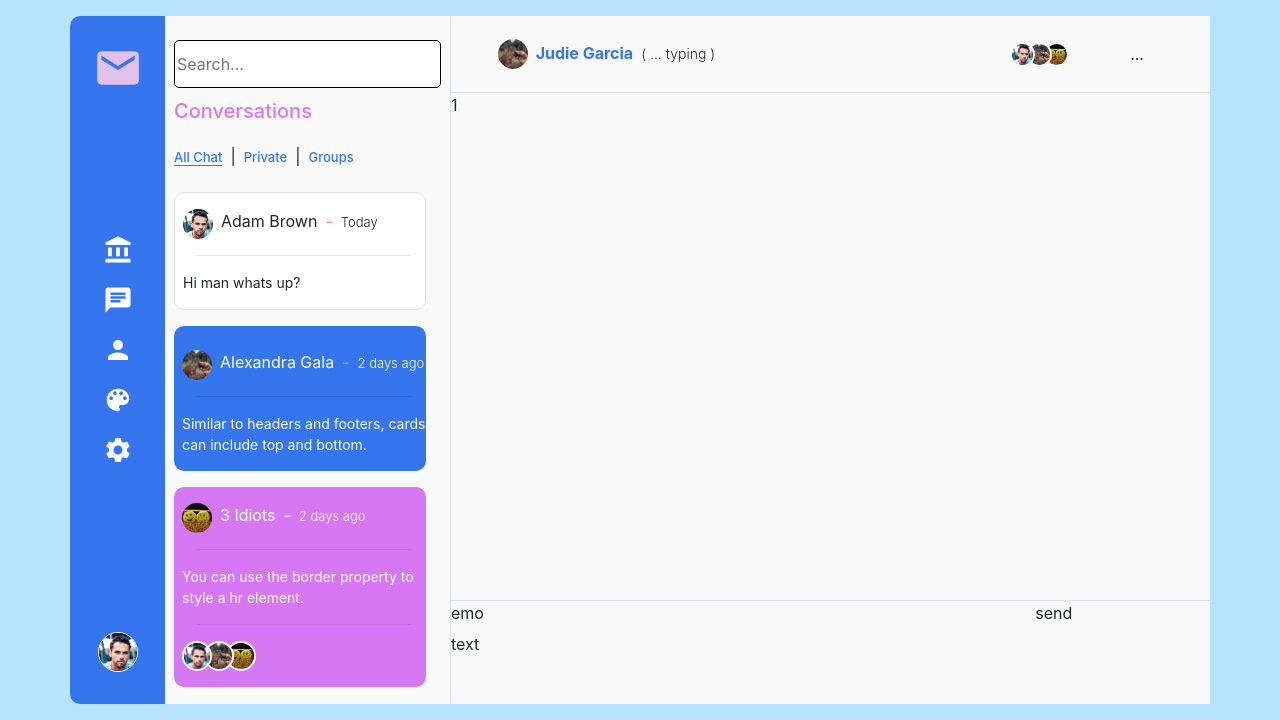
Repository: arafat877/super-chat
Page: /
The author's editor kept a copy of each file at every save. The page is drawn from the files as they stood at one save, then again after the next save.
The browser window is 1280 px wide. The pictures show the whole page.
The project was rebuilt for these pictures with package versions that can differ from the ones it lists, and the page was loaded fresh each time.

Above is the page before, as saved 2020-08-07 01:39:57.

### public/index.html
<!DOCTYPE html>
<html lang="en">
  <head>
    <meta charset="utf-8" />
    <meta name="viewport" content="width=device-width, initial-scale=1" />
    <meta name="theme-color" content="#000000" />
    <meta
      name="description"
      content="Chat application with node.js, express, react.js, mongoDb and socket.io"
    />
    <link rel="stylesheet" href="styles.css" />
    <link
      rel="stylesheet"
      href="https://maxcdn.bootstrapcdn.com/bootstrap/4.5.0/css/bootstrap.min.css"
      integrity="sha384-9aIt2nRpC12Uk9gS9baDl411NQApFmC26EwAOH8WgZl5MYYxFfc+NcPb1dKGj7Sk"
      crossorigin="anonymous"
    />
    <link
      href="https://fonts.googleapis.com/css2?family=Roboto:wght@100;300;400;500;700;900&display=swap"
      rel="stylesheet"
    />

    <title>Super Chat</title>
  </head>
  <body>
    <noscript>You need to enable JavaScript to run this app.</noscript>
    <div id="root"></div>
  </body>
</html>

### src/App.js
import React from "react";
import "./App.scss";
import {
  Email,
  Chat,
  Person,
  Settings,
  Palette,
  AccountBalance,
} from "@material-ui/icons";

import { Avatar } from "@material-ui/core";
import { AvatarGroup } from "@material-ui/lab";

function App() {
  return (
    <div className="appContainer vh-100 d-flex">
      <div className="container mt-3 mb-3 appWrapper">
        <div className="row h-100">
          <div className="col-1 d-none d-sm-none d-md-block container h-100 firstCol">
            <div className="row logoRow justify-content-center">
              <Email className="m-auto logo" />
            </div>
            <div className="row menuRow">
              <ul className="menuList m-auto p-0">
                <li className="menuItem">
                  <AccountBalance className="menuItemIcon" />
                </li>
                <li className="menuItem">
                  <Chat className="menuItemIcon" />
                </li>
                <li className="menuItem">
                  <Person className="menuItemIcon" />
                </li>
                <li className="menuItem">
                  <Palette className="menuItemIcon" />
                </li>
                <li className="menuItem">
                  <Settings className="menuItemIcon" />
                </li>
              </ul>
            </div>
            <div className="row photoRow justify-content-center">
              <img
                className="m-auto profilePhoto"
                src={require("./assets/m1.jpeg")}
                alt="profile"
              />
            </div>
          </div>
          <div className="col-3 container h-100 secondCol p-4">
            <div className="row searchRow">
              <input className="searchInput" placeholder="Search..." />
            </div>
            <div className="row convRow mt-2">
              <span className="convSpan">Conversations</span>
            </div>
            <div className="row selectRow">
              <ul className="selectionList p-0">
                <li
                  className="selectionListItem d-inline mr-2"
                  style={{ borderBottom: "solid 0.05px #3576ef" }}
                >
                  All Chat
                </li>
                |
                <li className="selectionListItem d-inline mr-2 ml-2">
                  Private
                </li>
                |
                <li className="selectionListItem d-inline mr-2 ml-2">Groups</li>
              </ul>
            </div>
            <div className="row groupsRow">
              <div className="container">
                <div className="row convCard pt-3 pb-3 pl-2 mt-3">
                  <div className="container">
                    <div className="row">
                      <img
                        className="userProfilePicture"
                        src={require("./assets/m1.jpeg")}
                        alt="User Profile"
                      />
                      <span className="userName ml-2">Adam Brown</span>
                      <span className="dash ml-2">-</span>
                      <span className="chatDate ml-2 mt-1">Today</span>
                    </div>
                    <hr></hr>
                    <div className="row">
                      <span className="text">Hi man whats up?</span>
                    </div>
                  </div>
                </div>

                <div className="row convCardHot pt-4 pb-3 pl-2 mt-3">
                  <div className="container">
                    <div className="row">
                      <img
                        className="userProfilePicture"
                        src={require("./assets/f1.jpeg")}
                        alt="User Profile"
                      />
                      <span className="userName ml-2">Alexandra Gala</span>
                      <span className="dash ml-2">-</span>
                      <span className="chatDate ml-2 mt-1">2 days ago</span>
                    </div>
                    <hr></hr>
                    <div className="row">
                      <span className="text">
                        Similar to headers and footers, cards can include top
                        and bottom.
                      </span>
                    </div>
                  </div>
                </div>

                <div className="row convCardGroup pt-3 pb-3 pl-2 mt-3">
                  <div className="container">
                    <div className="row">
                      <img
                        className="userProfilePicture"
                        src={require("./assets/g1.jpeg")}
                        alt="User Profile"
                      />
                      <span className="userName ml-2">3 Idiots</span>
                      <span className="dash ml-2">-</span>
                      <span className="chatDate ml-2 mt-1">2 days ago</span>
                    </div>
                    <hr></hr>
                    <div className="row">
                      <span className="text">
                        You can use the border property to style a hr element.
                      </span>
                    </div>
                    <hr></hr>
                    <div className="row">
                      <AvatarGroup max={3} className="mr-4">
                        <Avatar
                          alt="Remy Sharp"
                          className="avatar"
                          src={require("./assets/m1.jpeg")}
                        />
                        <Avatar
                          alt="Travis Howard"
                          className="avatar"
                          src={require("./assets/f1.jpeg")}
                        />
                        <Avatar
                          alt="Cindy Baker"
                          className="avatar"
                          src={require("./assets/g1.jpeg")}
                        />
                      </AvatarGroup>
                    </div>
                  </div>
                </div>
              </div>
            </div>
          </div>
          <div className="col-8 container h-100 thirdCol">
            <div className="row chatInfo">
              <div className="col-6 m-auto">
                <img
                  className="infoUserPicture"
                  src={require("./assets/f1.jpeg")}
                  alt="User Profile"
                />
                <span className="infoUserName ml-2">Judie Garcia</span>
                <span className="infoTyping ml-2">( ... typing )</span>
              </div>
              <div className="col-3 mt-auto mb-auto justify-content-right infoGroup">
                <AvatarGroup max={3} className="float-right">
                  <Avatar
                    alt="Remy Sharp"
                    className="avatar"
                    src={require("./assets/m1.jpeg")}
                  />
                  <Avatar
                    alt="Travis Howard"
                    className="avatar"
                    src={require("./assets/f1.jpeg")}
                  />
                  <Avatar
                    alt="Cindy Baker"
                    className="avatar"
                    src={require("./assets/g1.jpeg")}
                  />
                </AvatarGroup>
              </div>
              <div className="col-1 m-auto">...</div>
            </div>
            <div className="row chatMessages">1</div>
            <div className="row chatInput">
              <div className="col-md-9 container">
                <div className="row inputEmoji">emo</div>
                <div className="row inputText">text</div>
              </div>
              <div className="col-md-3">send</div>
            </div>
          </div>
        </div>
      </div>
    </div>
  );
}

export default App;

### src/App.scss
.appContainer {
  background-color: #b7e3fe;

  .appWrapper {
    background-color: #3576ef;
    border-radius: 10px;

    .firstCol {
      .logoRow {
        height: 15%;

        .logo {
          font-size: 50px;
          color: rgb(226, 192, 236);
        }
      }
      .menuRow {
        height: 70%;

        .menuList {
          list-style: none;

          .menuItem {
            margin-bottom: 20px;

            .menuItemIcon {
              font-size: 30px;
              color: white;
            }
          }
        }
      }
      .photoRow {
        height: 15%;

        .profilePhoto {
          height: 40px;
          width: 40px;
          border: solid thin white;
          border-radius: 50%;
          object-fit: cover;
        }
      }
    }

    .secondCol {
      background-color: #f9f9f9;

      .searchRow {
        height: 7.5%;

        .searchInput {
          width: 100%;
          border: solid 0.5px;
          background-color: white;
          border-radius: 5px;

          &:focus {
            outline: none;
          }
        }
      }

      .convRow {
        height: 7.5%;

        .convSpan {
          font-weight: 500;
          font-size: 20px;
          color: rgb(214, 120, 243);
        }
      }
      .selectRow {
        height: 5%;

        .selectionList {
          list-style: none;

          .selectionListItem {
            font-weight: 500;
            font-size: 13px;
            color: #3576ef;
          }
        }
      }

      ::-webkit-scrollbar {
        width: 5px;
        height: 5px;
      }

      ::-webkit-scrollbar-track {
        background: white; /* color of the tracking area */
      }

      ::-webkit-scrollbar-thumb {
        background-color: #b5caf0; /* color of the scroll thumb */
        border-radius: 5px; /* roundness of the scroll thumb */
      }

      .groupsRow {
        height: 80%;
        overflow-y: scroll;

        .convCard {
          background-color: white;
          border: solid 0.5px #dee2e6;
          border-radius: 10px;
          margin-right: 0;

          .userProfilePicture {
            height: 30px;
            width: 30px;
            border-radius: 50%;
            object-fit: cover;
          }

          .userName {
            // color: white;
          }

          .dash {
            color: rgb(214, 120, 243);
          }

          .chatDate {
            // color: white;
            font-size: 13px;
            font-weight: 300;
          }

          .text {
            // color: white;
            font-size: 14px;
          }
        }

        .convCardHot {
          background-color: #3576ef;
          border-radius: 10px;
          margin-right: 0;

          .userProfilePicture {
            height: 30px;
            width: 30px;
            border-radius: 50%;
            object-fit: cover;
          }

          .userName {
            color: white;
          }

          .dash {
            color: rgb(214, 120, 243);
          }

          .chatDate {
            color: white;
            font-size: 13px;
            font-weight: 300;
          }

          .hr {
            border-color: rgb(214, 120, 243);
            margin-bottom: 5px;
          }

          .text {
            color: white;
            font-size: 14px;
          }
        }

        .convCardGroup {
          background-color: rgb(214, 120, 243);
          border-radius: 10px;
          margin-right: 0;

          .userProfilePicture {
            height: 30px;
            width: 30px;
            border-radius: 50%;
            object-fit: cover;
          }

          .userName {
            color: white;
          }

          .dash {
            color: white;
          }

          .chatDate {
            color: white;
            font-size: 13px;
            font-weight: 300;
          }

          .hr {
            border-color: rgb(214, 120, 243);
            margin-bottom: 5px;
          }

          .text {
            color: white;
            font-size: 14px;
          }

          .avatar {
            height: 30px;
            width: 30px;
          }
        }
      }
    }

    .thirdCol {
      background-color: #f9f9f9;
      border-left: solid thin #dee2e6;

      .chatInfo {
        height: 11.25%;
        border-bottom: solid thin #dee2e6;

        .infoUserPicture {
          height: 30px;
          width: 30px;
          border-radius: 50%;
          object-fit: cover;
        }

        .infoUserName{
            color: #3576ef;
            font-weight: 700;
        }

        .infoTyping{
            font-size: 14px;
            font-weight: 300;
        }

        .infoGroup{
            .avatar{
                height: 25px;
                width: 25px;
            }
        }
      }
      .chatMessages {
        height: 73.75%;
        border-bottom: solid thin #dee2e6;
      }
      .chatInput {
        height: 15%;

        .inputEmoji {
          height: 30%;
        }
        .inputText {
          height: 70%;
        }
      }
    }
  }
}

Loaded but not shown: src/index.js (common file); public/styles.css (common file)

After the next save:
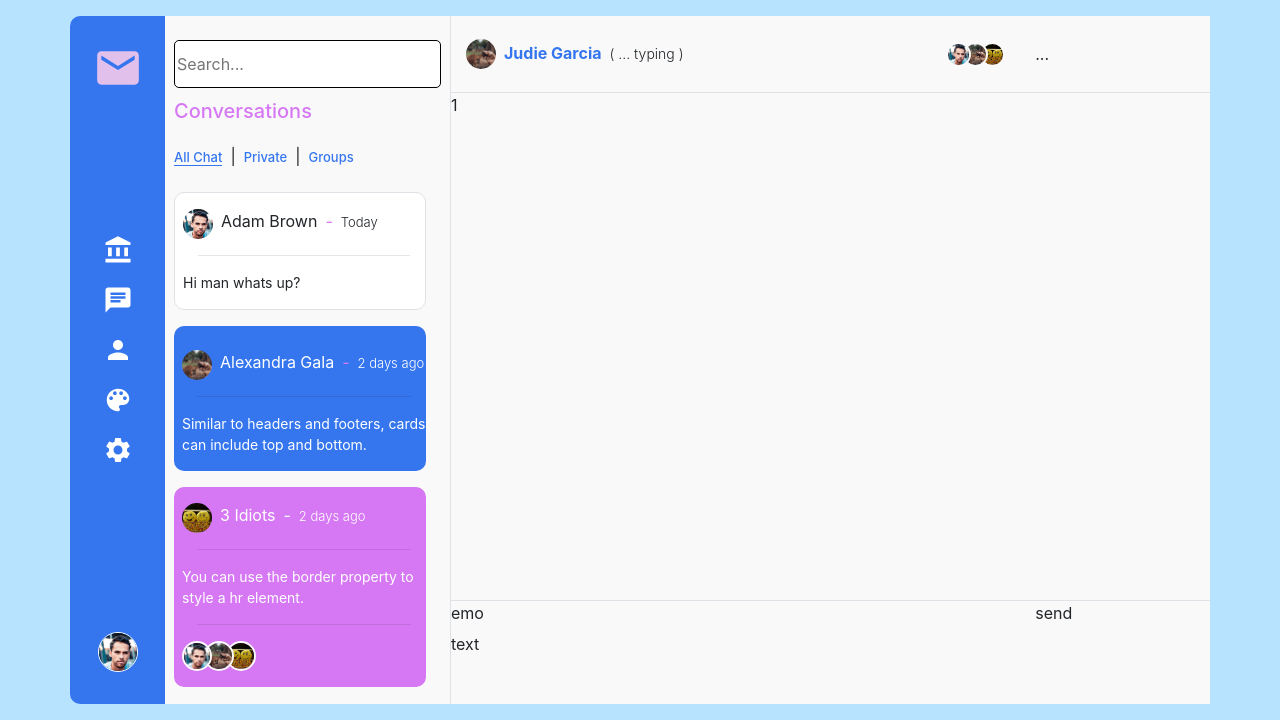
Saved 15 s later.
--- a/src/App.js
+++ b/src/App.js
@@ -187,7 +187,7 @@
                   />
                 </AvatarGroup>
               </div>
-              <div className="col-1 m-auto">...</div>
+              <div className="col-3 m-auto">...</div>
             </div>
             <div className="row chatMessages">1</div>
             <div className="row chatInput">

After the 3 saves that followed:
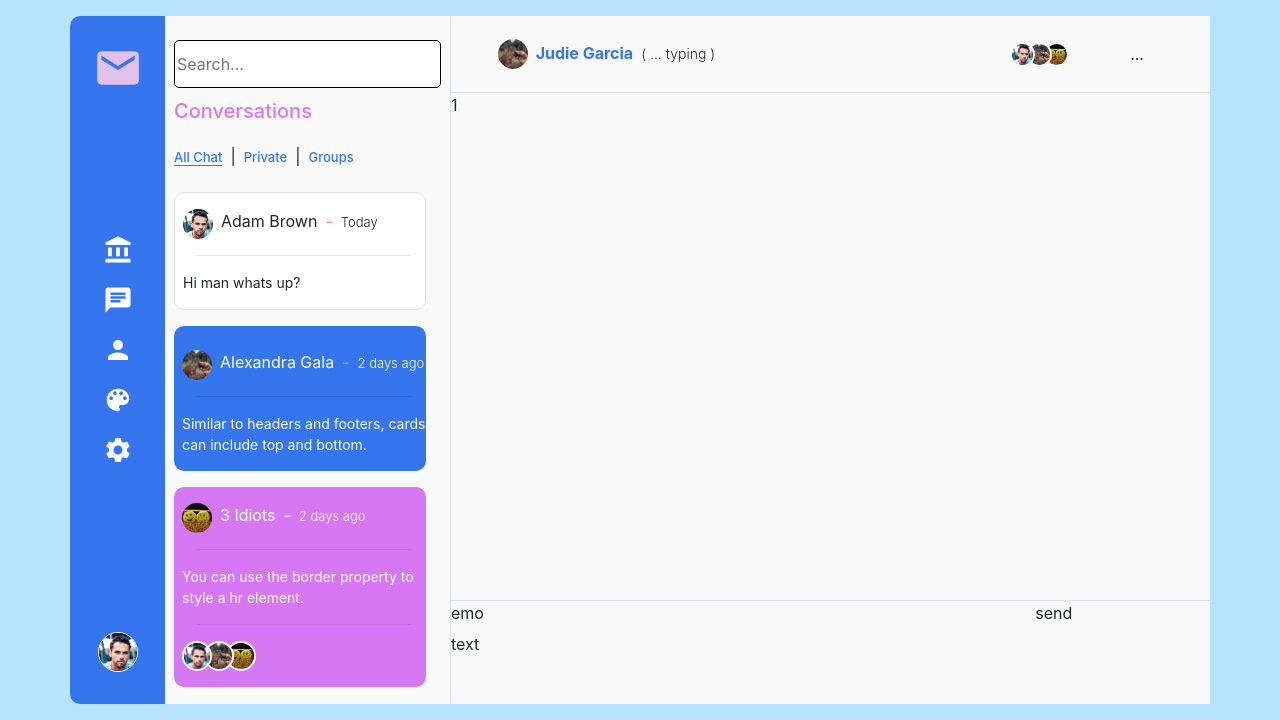
The 3 saves are shown as one change because 2 left the picture as it was.
The last was saved 34 s later.
--- a/src/App.js
+++ b/src/App.js
@@ -187,7 +187,7 @@
                   />
                 </AvatarGroup>
               </div>
-              <div className="col-3 m-auto">...</div>
+              <div className="col-1 col-offset-2 m-auto">...</div>
             </div>
             <div className="row chatMessages">1</div>
             <div className="row chatInput">
